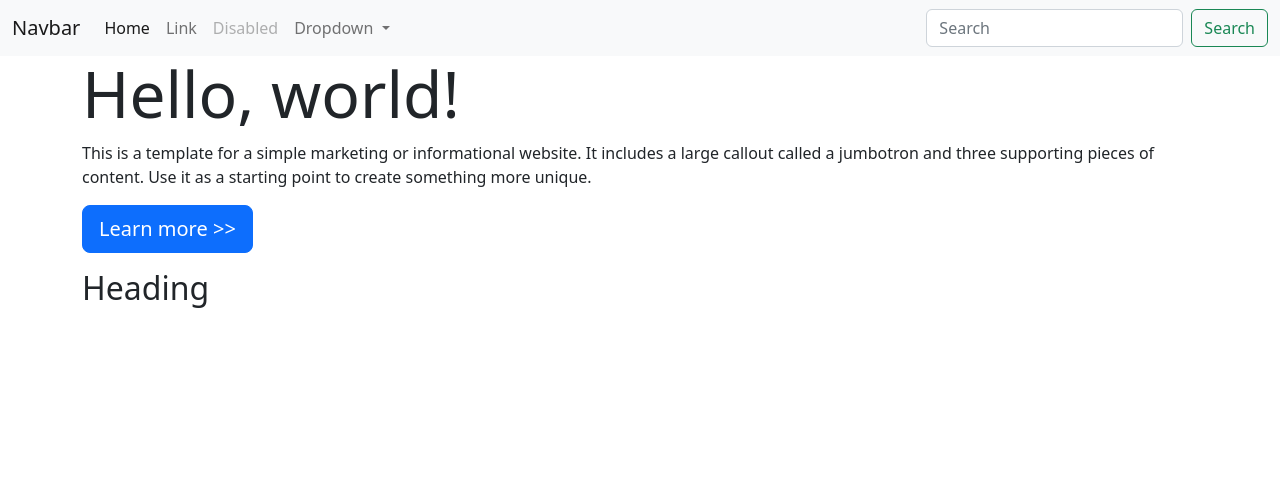
Repository: trongtamdev/lession1_html_sleepcloud
Page: jumbotron.html
An editor plug-in stored every save of this project. The page is shown before and after a run of saves, followed by the edit.
The browser window is 1280 px wide. The pictures show the whole page.

Above is the page before, as saved 2022-09-10 15:23:22.

After the next 3 saves:
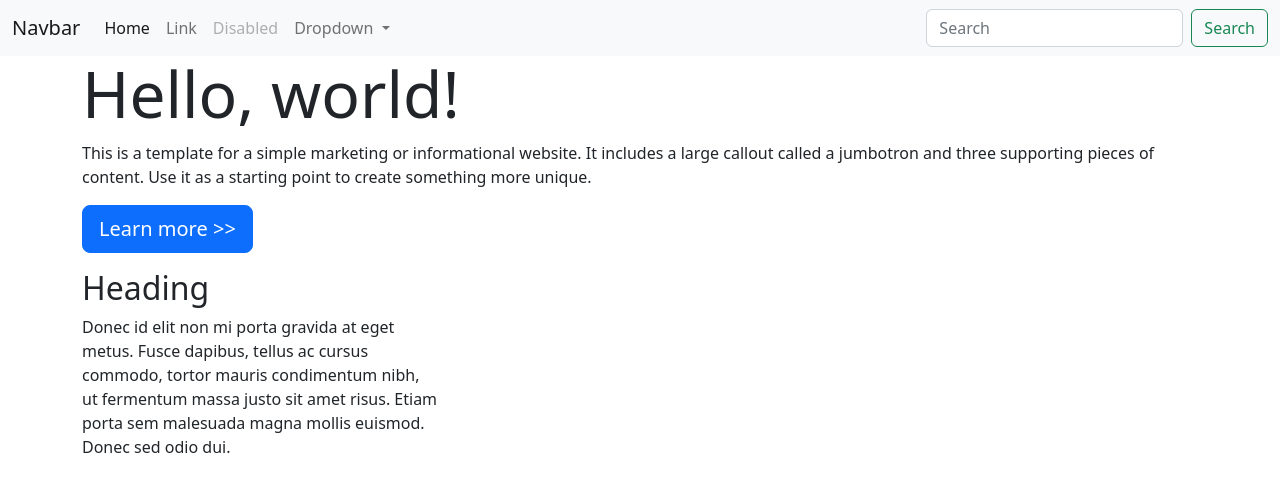
The 3 saves are shown as one change because they came seconds apart.
The last was saved 16 s later.
--- a/jumbotron.html
+++ b/jumbotron.html
@@ -85,9 +85,15 @@
 
       <div class="container">
         <div class="row">
-            <div class="col-md-4">
-                <h2>Heading</h2>
-            </div>
+          <div class="col-md-4">
+            <h2>Heading</h2>
+            <p>
+              Donec id elit non mi porta gravida at eget metus. Fusce dapibus,
+              tellus ac cursus commodo, tortor mauris condimentum nibh, ut
+              fermentum massa justo sit amet risus. Etiam porta sem malesuada
+              magna mollis euismod. Donec sed odio dui.
+            </p>
+          </div>
         </div>
       </div>
     </main>
